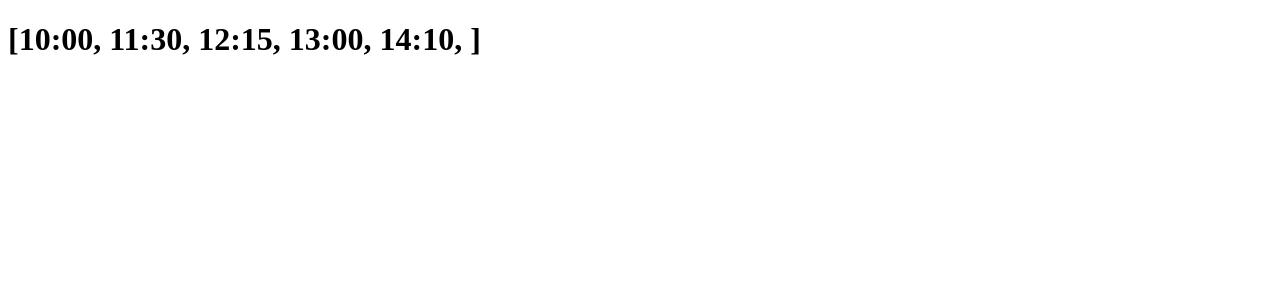
Repository: tsydikov/react_test_task_part2
Page: /
The author's editor kept a copy of each file at every save. The page is drawn from the files as they stood at one save, then again after the next save.
The browser window is 1280 px wide. The pictures show the whole page.
The project was rebuilt for these pictures with package versions that can differ from the ones it lists, and the page was loaded fresh each time.

Above is the page before, as saved 2021-09-05 10:04:27.

After the next save:
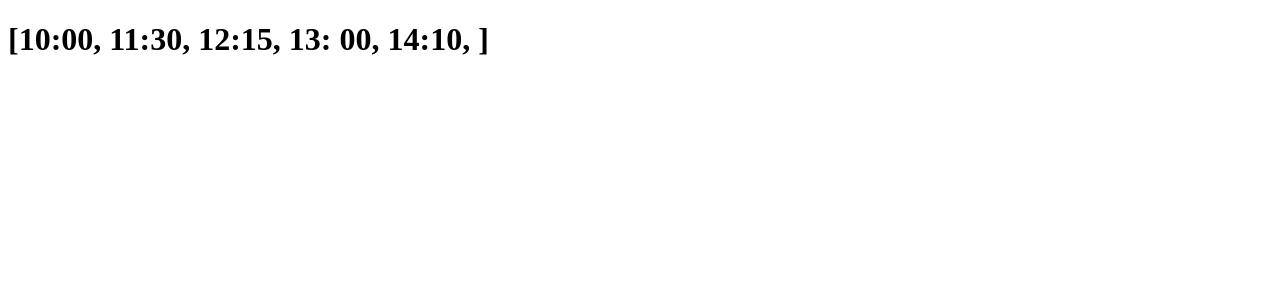
Saved 80 s later.
--- a/src/function/index.js
+++ b/src/function/index.js
@@ -40,7 +40,7 @@
       }
       // наращивание масива результатов
       if (startWork[1] === 0) {
-        workingIntervals.push(startWork[0] + ':' + '00')
+        workingIntervals.push(startWork[0] + ': 00')
       } else {
         workingIntervals.push(startWork[0] + ':' + startWork[1])
       }

After the save that followed:
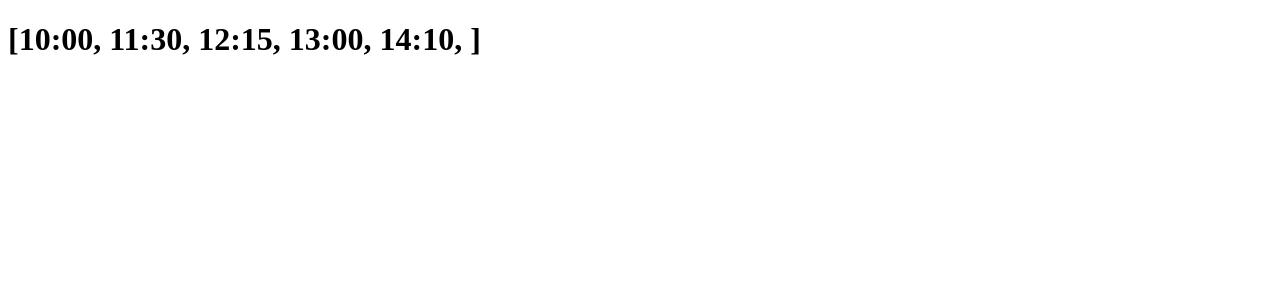
Saved 14 s later.
--- a/src/function/index.js
+++ b/src/function/index.js
@@ -40,7 +40,7 @@
       }
       // наращивание масива результатов
       if (startWork[1] === 0) {
-        workingIntervals.push(startWork[0] + ': 00')
+        workingIntervals.push(startWork[0] + ':00')
       } else {
         workingIntervals.push(startWork[0] + ':' + startWork[1])
       }
